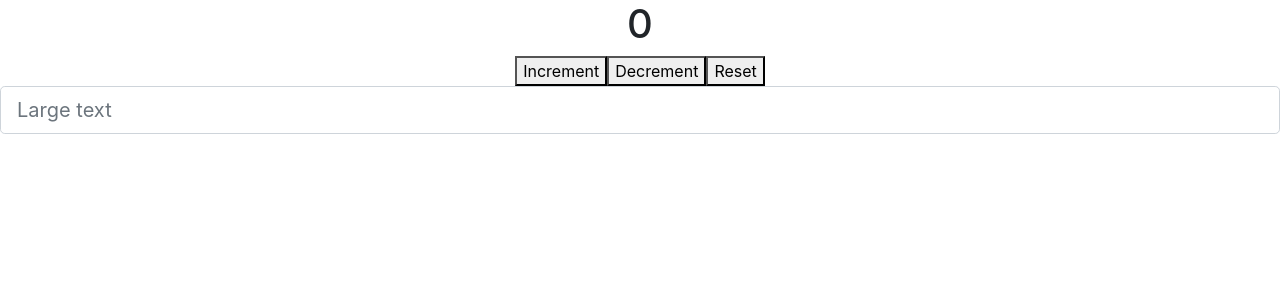
Repository: tts2610/redux-counter
Page: /
An editor plug-in stored every save of this project. The page is shown before and after the next save, followed by the edit.
The browser window is 1280 px wide. The pictures show the whole page.
The project was rebuilt for these pictures with package versions that can differ from the ones it lists, and the page was loaded fresh each time.

Above is the page before, as saved 2020-06-09 14:45:19.

After the next save:
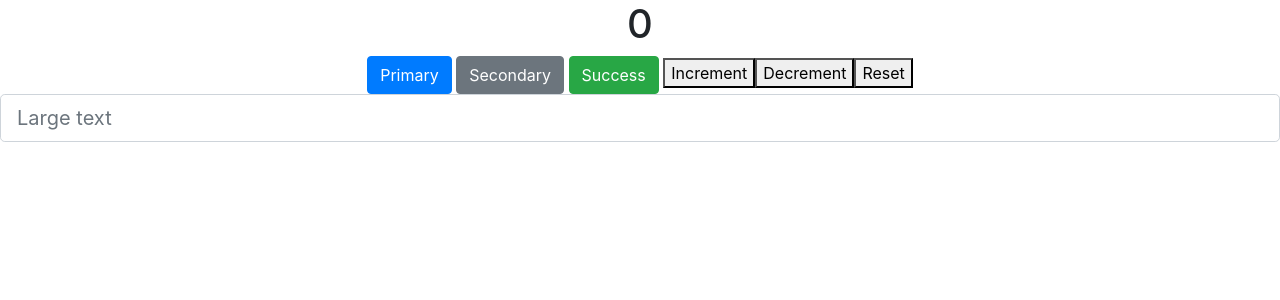
Saved 38 s later.
--- a/src/App.js
+++ b/src/App.js
@@ -3,7 +3,7 @@ import logo from "./logo.svg";
 import "./App.css";
 import { useSelector, useDispatch } from "react-redux";
 import "bootstrap/dist/css/bootstrap.min.css";
-import { Form } from "react-bootstrap";
+import { Form, Button } from "react-bootstrap";
 
 function App() {
   const count = useSelector((state) => state.count);
@@ -11,6 +11,9 @@ function App() {
   return (
     <div className="App">
       <h1>{count}</h1>
+      <Button variant="primary">Primary</Button>{" "}
+      <Button variant="secondary">Secondary</Button>{" "}
+      <Button variant="success">Success</Button>{" "}
       <button onClick={() => dispatch({ type: "INCREMENT" })}>Increment</button>
       <button onClick={() => dispatch({ type: "DECREMENT" })}>Decrement</button>
       <button onClick={() => dispatch({ type: "RESET" })}>Reset</button>
